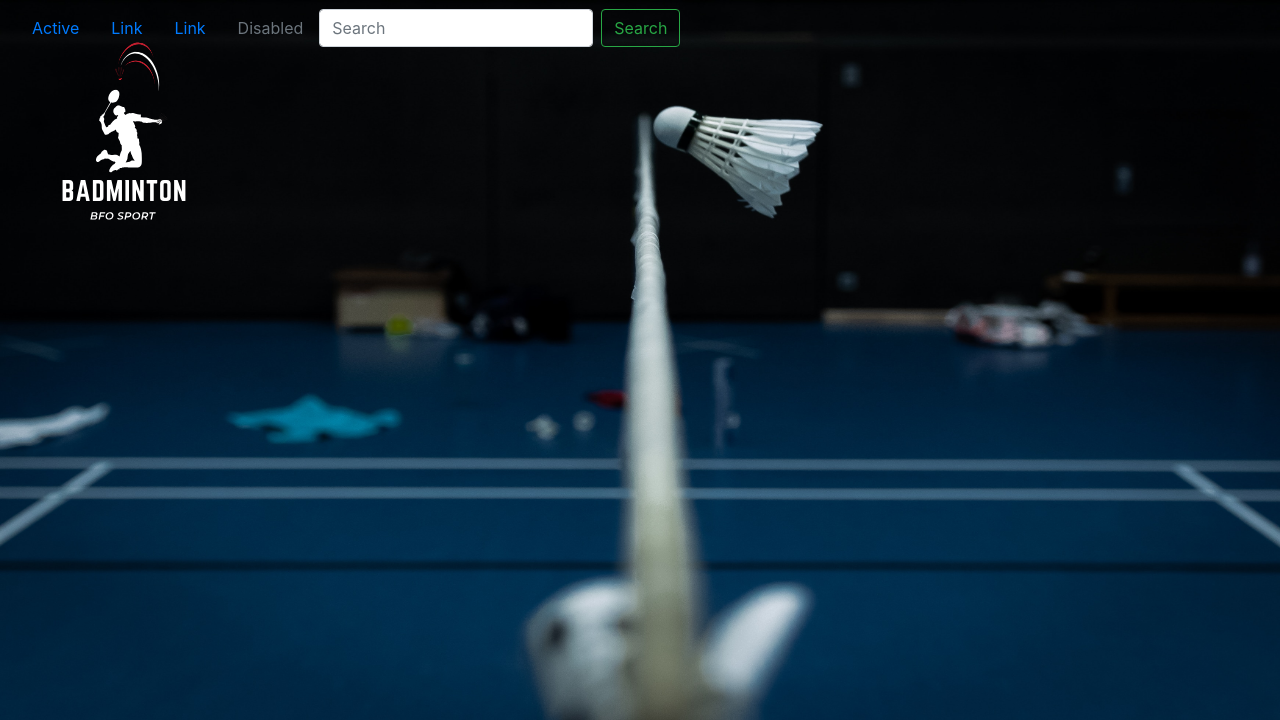
Repository: tsthuy/Badminton
Page: index.html
These files come from the project's save history. The page is drawn as it stood at one moment and after the next save; the edit follows.
The browser window is 1280 px wide. The pictures show the whole page.
Some web libraries are served in a nearby version.

Above is the page before, as saved 2023-10-13 20:49:27.

After the next save:
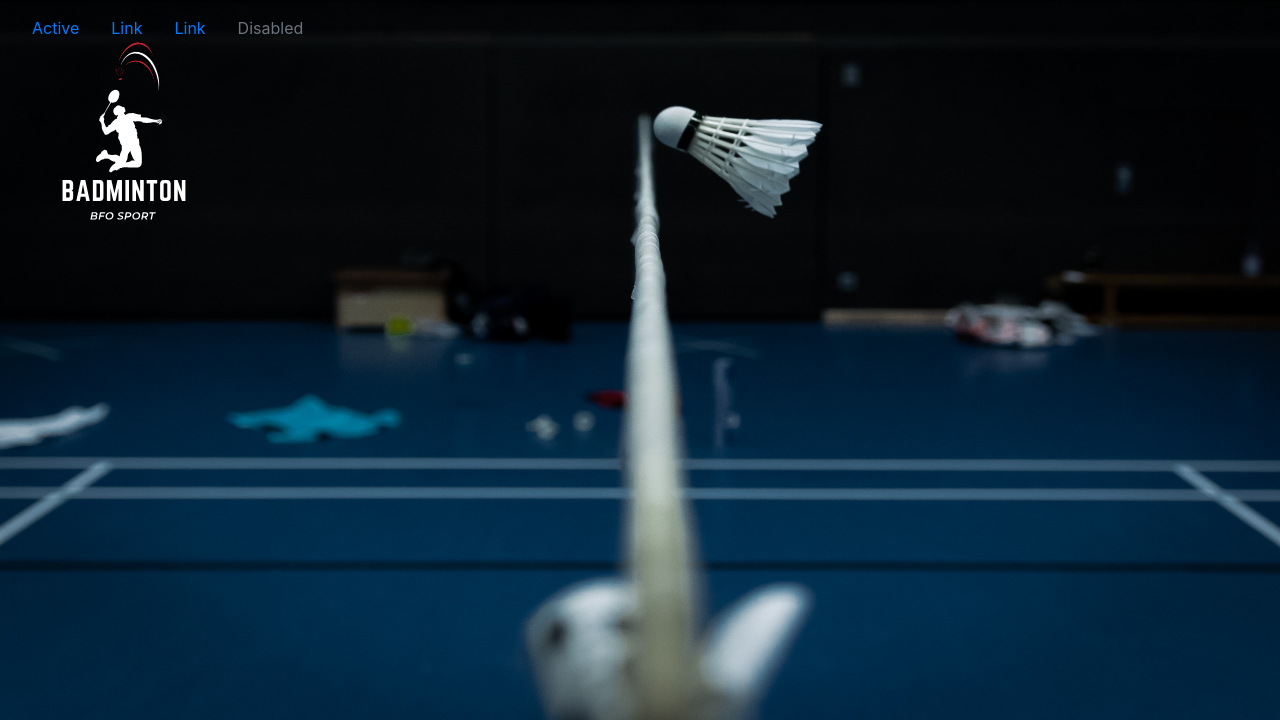
Saved 34 s later.
--- a/index.html
+++ b/index.html
@@ -58,10 +58,10 @@
     <a class="nav-link disabled" href="#">Disabled</a>
   </li>
 </ul>
-    <form class="form-inline my-2 my-lg-0">
+    <!-- <form class="form-inline my-2 my-lg-0">
       <input class="form-control mr-sm-2" type="search" placeholder="Search" aria-label="Search">
       <button class="btn btn-outline-success my-2 my-sm-0" type="submit">Search</button>
-    </form>
+    </form> -->
   </div>
 </nav>
    <div class="background_cover">
